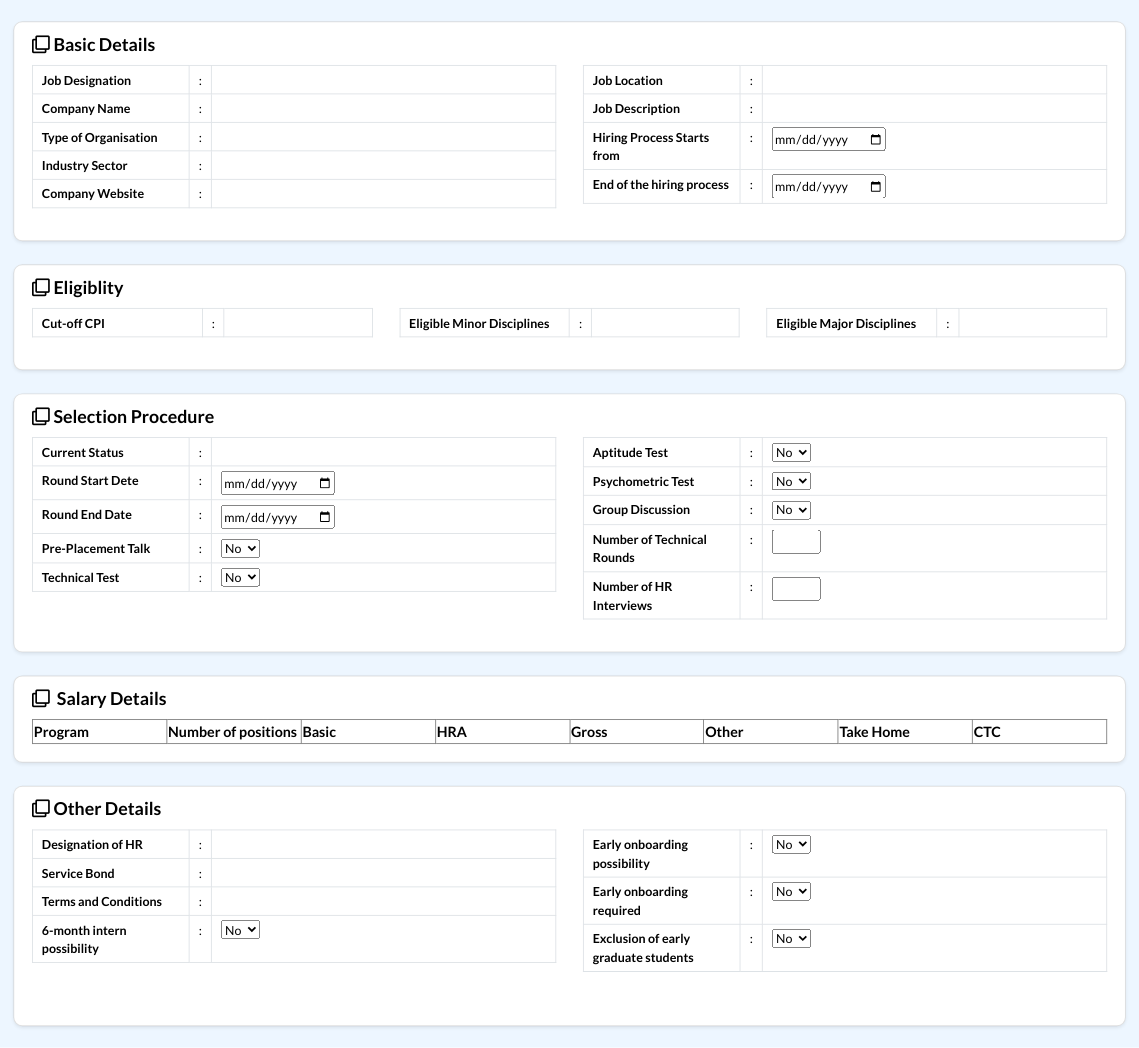
Repository: AditiDey29/Placement_Management_System
Page: templates/dashboard/one_job_detail_1.html
An editor plug-in stored every save of this project. The page is shown before and after the next save, followed by the edit.
The browser window is 1280 px wide. The pictures show the whole page, at 89% of full size.
Some web libraries are served in a nearby version. The template is drawn by Flask 3. The application's start-up code is not run. The template is opened directly, without the code that normally fills it, so the values that code supplies are empty.

Above is the page before, as saved 2023-04-15 17:03:27.

After the next save:
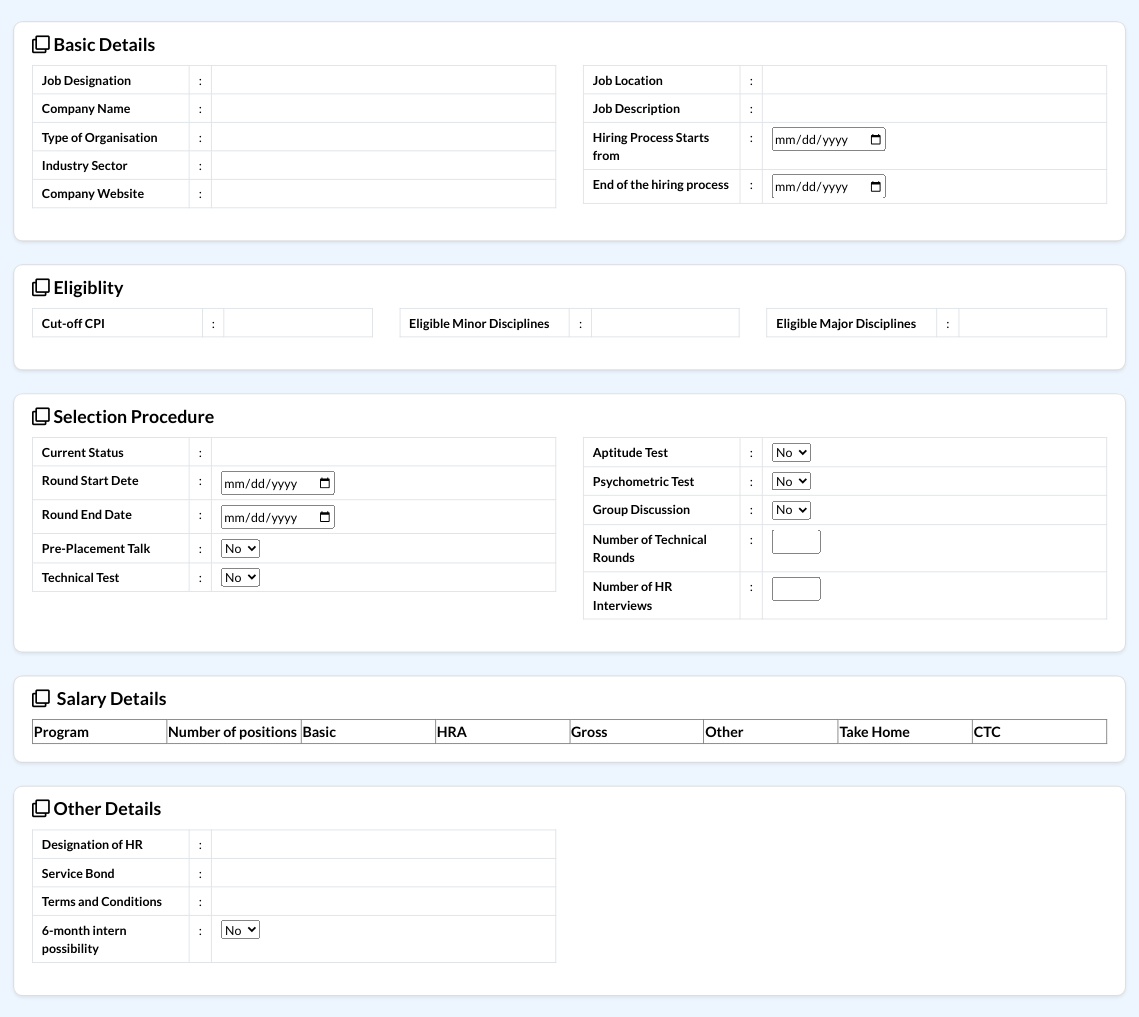
Saved 36 s later.
--- a/templates/dashboard/one_job_detail_1.html
+++ b/templates/dashboard/one_job_detail_1.html
@@ -341,41 +341,7 @@
 
               </table>
             </div>
-            <div class="col-lg-6">
-              <table class="table table-bordered">
-                <tr>
-                  <th width="30%">Early onboarding possibility</th>
-                  <td width="2%">:</td>
-                  <td class="text-muted mb-0"><select name="internship_possibility">
-                    <option value="yes">Yes</option>
-                    <option value="no" selected>No</option>
-                  </select>
-                </td>
-                </tr>
-                <tr>
-                  <th width="30%">Early onboarding required</th>
-                  <td width="2%">:</td>
-                  <td class="text-muted mb-0"><select name="internship_possibility">
-                    <option value="yes">Yes</option>
-                    <option value="no" selected>No</option>
-                  </select>
-                </td>
-                </tr>
-                <tr>
-                  <th width="30%">Exclusion of early graduate students</th>
-                  <td width="2%">:</td>
-                  <td class="text-muted mb-0"><select name="internship_possibility">
-                    <option value="yes">Yes</option>
-                    <option value="no" selected>No</option>
-                  </select>
-                </td>
-                </tr>
-                <tr>
-              </table>
-
-              <br>
-
-            </div>
+
           </div>
         </div>
       </div>
